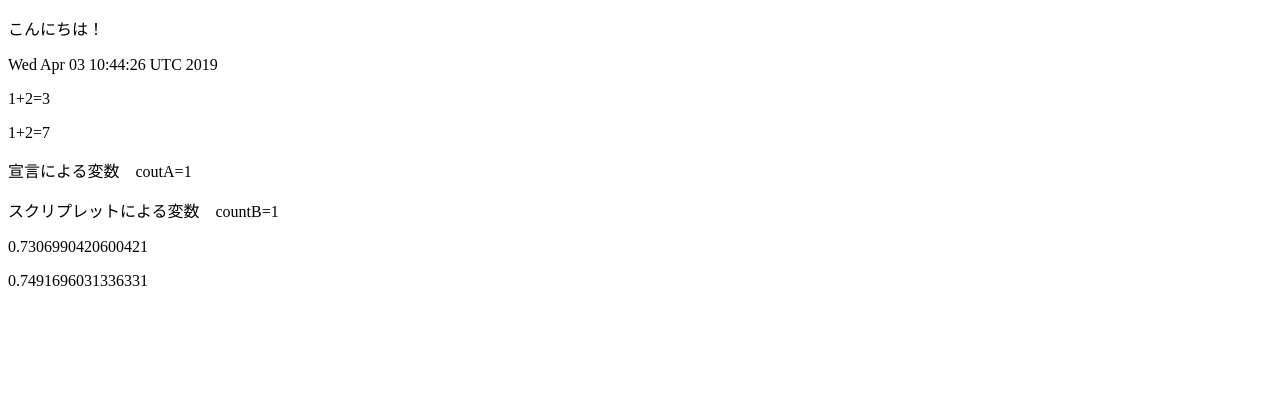
Repository: Higa111/test
Page: http://localhost/HelloJSP/
The author's editor kept a copy of each file at every save. The page is drawn from the files as they stood at one save, then again after the next save.
The browser window is 1280 px wide. The pictures show the whole page.
The page is served by Tomcat 9.

Above is the page before, as saved 2019-04-03 11:26:24.

### HelloJSP/WebContent/index.jsp
<%@ page language="java" contentType="text/html; charset=UTF-8"
    pageEncoding="UTF-8"%>
<!DOCTYPE html>
<html>
<head>
<meta charset="utf-8">
<title>TEST</title>
</head>
<body>
<p>こんにちは！</p>
<%out.println(new java.util.Date()); %>

<%!
static int add(int a,int b){
	return a+b;
	}
	%>

	<p>1+2=<%=add(1,2) %></p>
	<p>1+2=<%=add(3,4) %></p>

<%! static int countA=0; %>
<%
int countB=0;

countA++;
countB++;
%>

<p>宣言による変数　coutA=<%=countA %></p>
<p>スクリプレットによる変数　countB=<%=countB %></p>

<p><%out.println(Math.random()); %>
<p><%=Math.random() %>

</body>
</html>

After the next save:
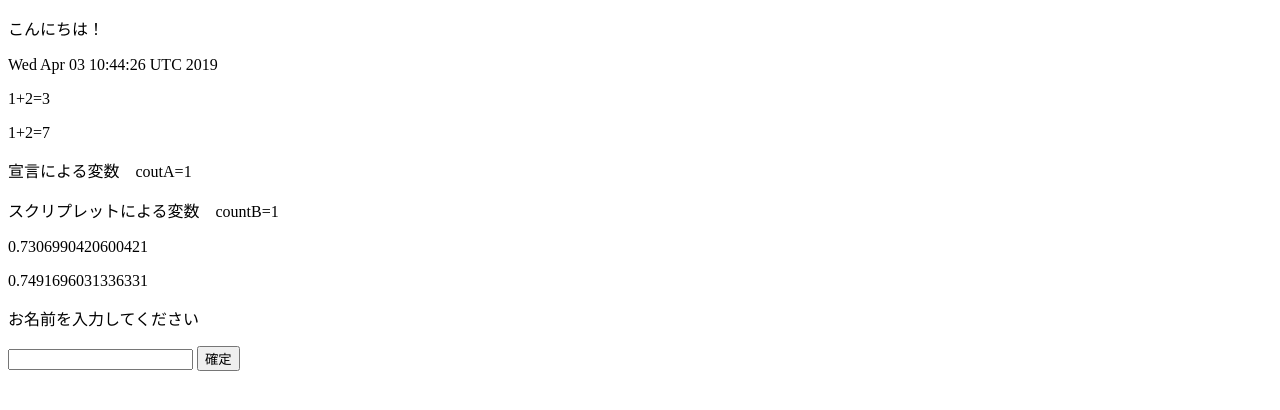
Saved 3 s later.
--- a/HelloJSP/WebContent/index.jsp
+++ b/HelloJSP/WebContent/index.jsp
@@ -33,5 +33,12 @@ countB++;
 <p><%out.println(Math.random()); %>
 <p><%=Math.random() %>
 
+<p>お名前を入力してください</p>
+
+<from method="post"action="greeting-out.jsp">
+<input type="text" name="user">
+<input type="submit"value="確定">
+</from>
+
 </body>
 </html>
